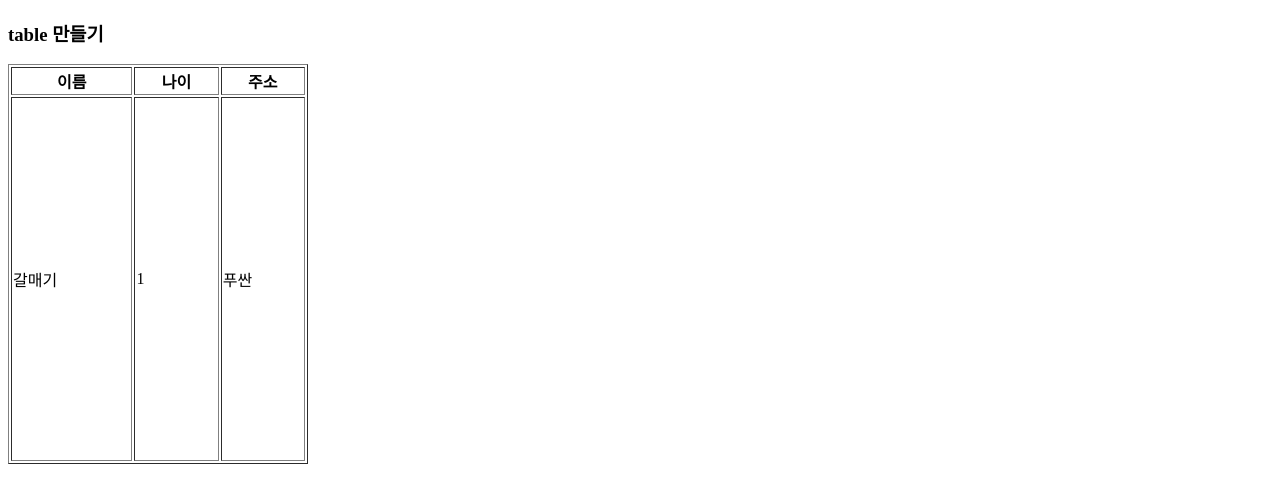
Repository: JeongHyeongKim/practice_myself
Page: Si_basic/WebProject/setp01_HTMLCS/WebContent/HTML/ex03_tableTag.html
An editor plug-in stored every save of this project. The page is shown before and after the next save, followed by the edit.
The browser window is 1280 px wide. The pictures show the whole page.

Above is the page before, as saved 2019-04-22 04:26:51.

After the next save:
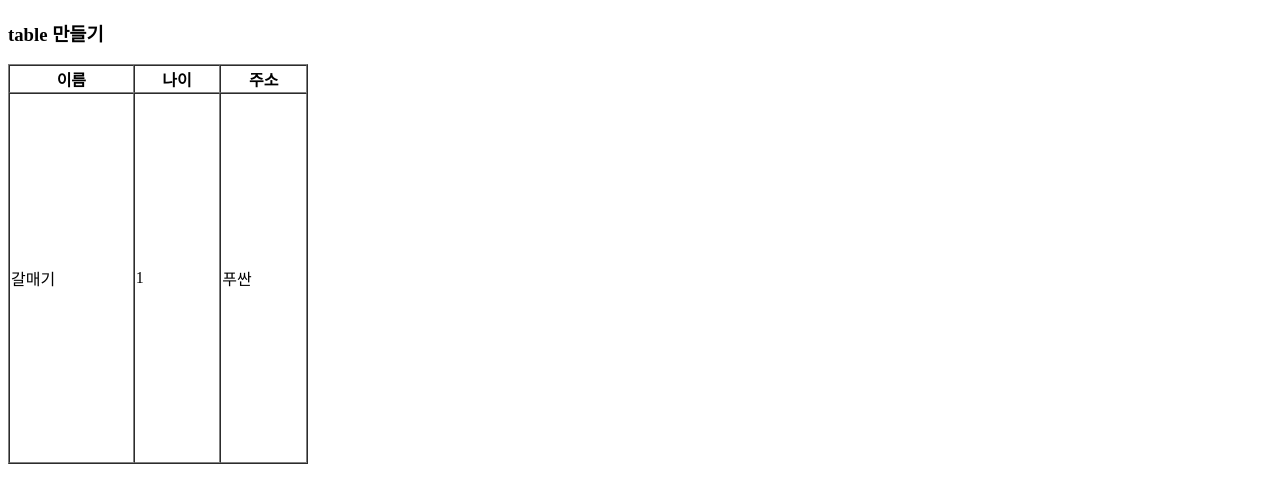
Saved 2 min 19 s later.
--- a/Si_basic/WebProject/setp01_HTMLCS/WebContent/HTML/ex03_tableTag.html
+++ b/Si_basic/WebProject/setp01_HTMLCS/WebContent/HTML/ex03_tableTag.html
@@ -6,7 +6,7 @@
 	</head>
 	<body>
 		<h3>table 만들기</h3>
-		<table border="1" height="400" width="300">
+		<table border="1" height="400" width="300" cellspacing="0">
 			<thead>
 				<tr>
 					<th>이름</th>
